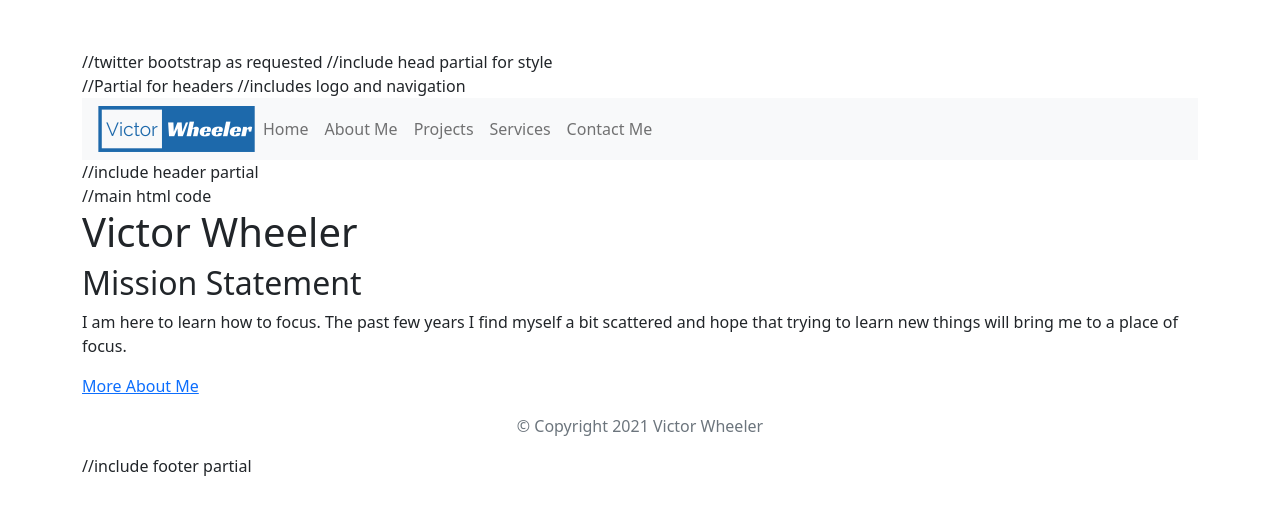
Repository: VictorWheeler/COMP_229_301167760
Page: http://localhost/
These files come from the project's save history. The page is drawn as it stood at one moment and after the next save; the edit follows.
The browser window is 1280 px wide. The pictures show the whole page.
The page is served by the project's Node server (server.js).

Above is the page before, as saved 2021-10-01 10:19:54.

After the next save:
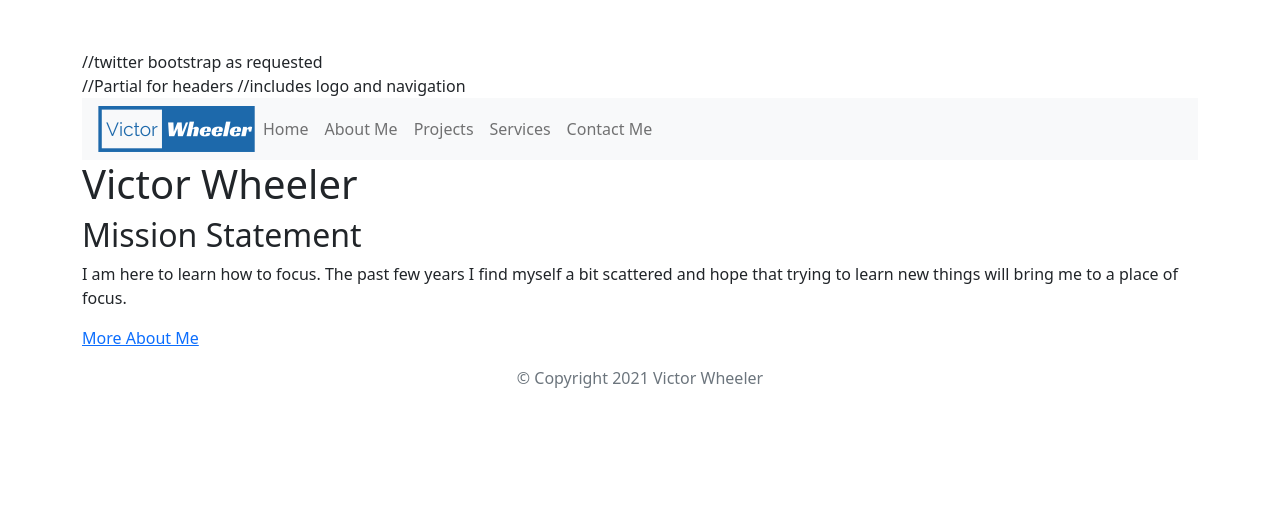
Saved 3 min 36 s later.
--- a/Express-Portfolio-Site/views/pages/index.ejs
+++ b/Express-Portfolio-Site/views/pages/index.ejs
@@ -7,15 +7,15 @@
 <!DOCTYPE html>
 <html lang="en">
 <head>
-  <%- include('../partials/head'); %>   //include head partial for style
+  <%- include('../partials/head'); %>   <%#include head partial for style%>
 </head>
 <body class="container">
 
 <header>
-  <%- include('../partials/header'); %>  //include header partial
+  <%- include('../partials/header'); %>  <%#include header partial%>
 </header>
 
-<main>                                    //main html code
+<main>                                    <%#main html code%>
   <div class="jumbotron">
     <h1>Victor Wheeler</h1>
     <h2>Mission Statement</h2>
@@ -25,7 +25,7 @@
 </main>
 
 <footer>
-  <%- include('../partials/footer'); %>   //include footer partial
+  <%- include('../partials/footer'); %>   <%#include footer partial%>
 </footer>
 
 </body>
